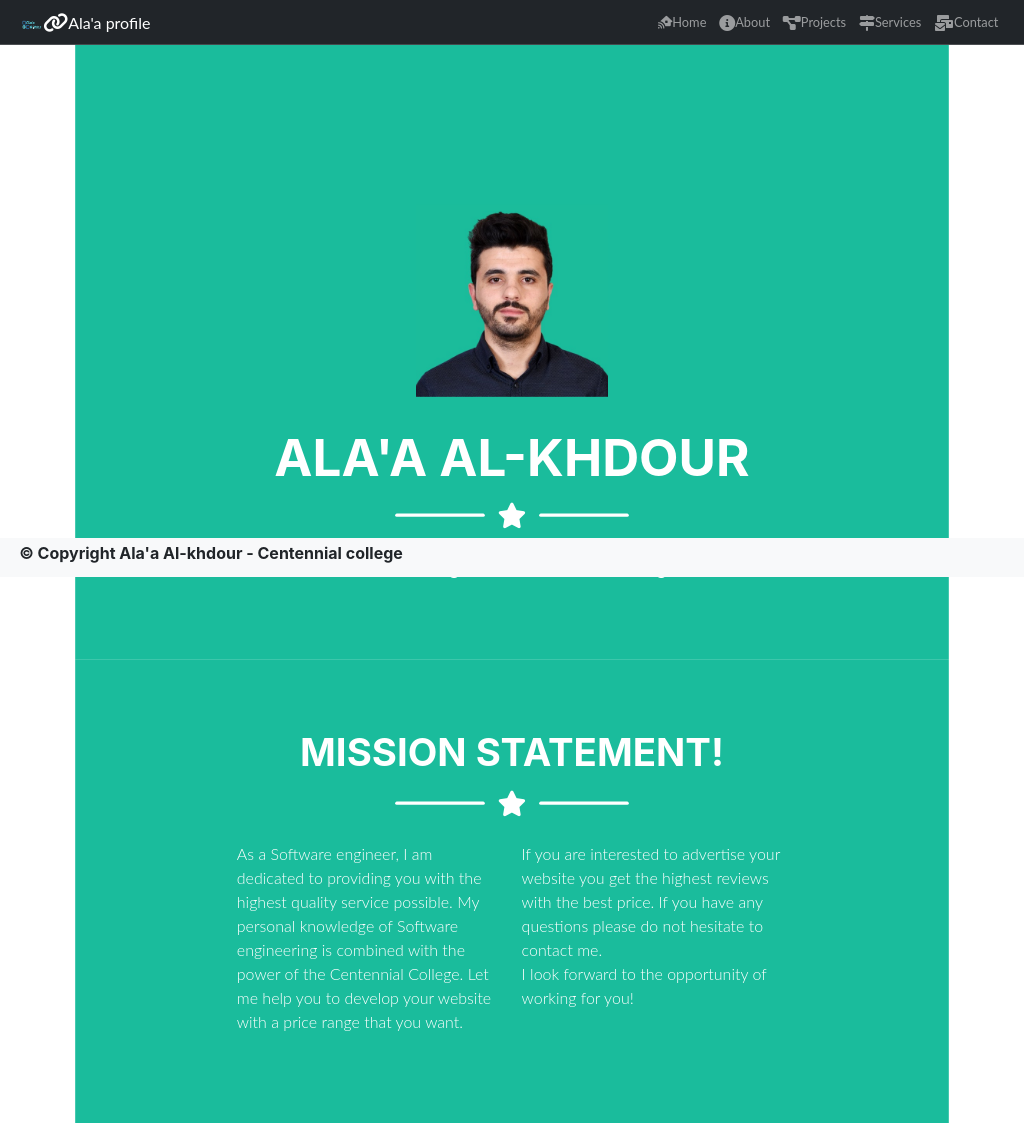
Repository: alaakhdour/heroukulivesite-section1
Page: http://localhost/
These files come from the project's save history. The page is drawn as it stood at one moment and after the next save; the edit follows.
The browser window is 1280 px wide. The pictures show the whole page, at 80% of full size.
The page is served by the project's Node server (server.js).

Above is the page before, as saved 2022-06-18 01:47:57.

After the next save:
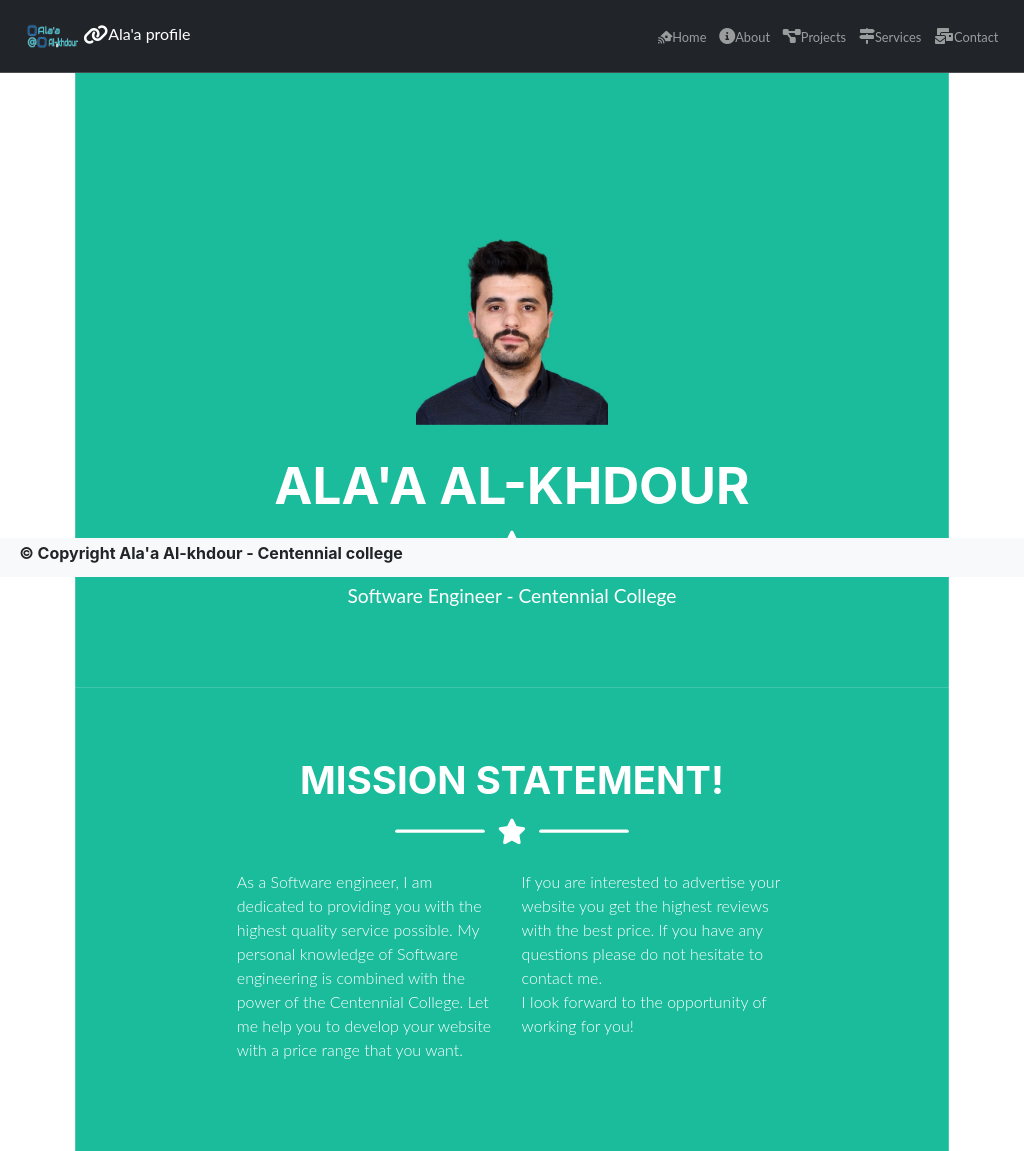
Saved 3 min 47 s later.
--- a/Server/Views/components/header.ejs
+++ b/Server/Views/components/header.ejs
@@ -1,6 +1,6 @@
 <nav class="navbar navbar-expand-lg navbar-dark bg-dark">
     <div class="container-fluid">
-      <a class="navbar-brand" href="/"> <img src="./Assets/images/logo.png" alt="" width="30" height="24"><i class="fa-solid fa-link fa-lg"></i>Ala'a profile</a>
+      <a class="navbar-brand" href="/"> <img src="./Assets/images/logo.png" alt="" width="80" height="65"><i class="fa-solid fa-link fa-lg"></i>Ala'a profile</a>
       <button class="navbar-toggler" type="button" data-bs-toggle="collapse" data-bs-target="#navbarSupportedContent" aria-controls="navbarSupportedContent" aria-expanded="false" aria-label="Toggle navigation">
         <span class="navbar-toggler-icon"></span>
       </button>
